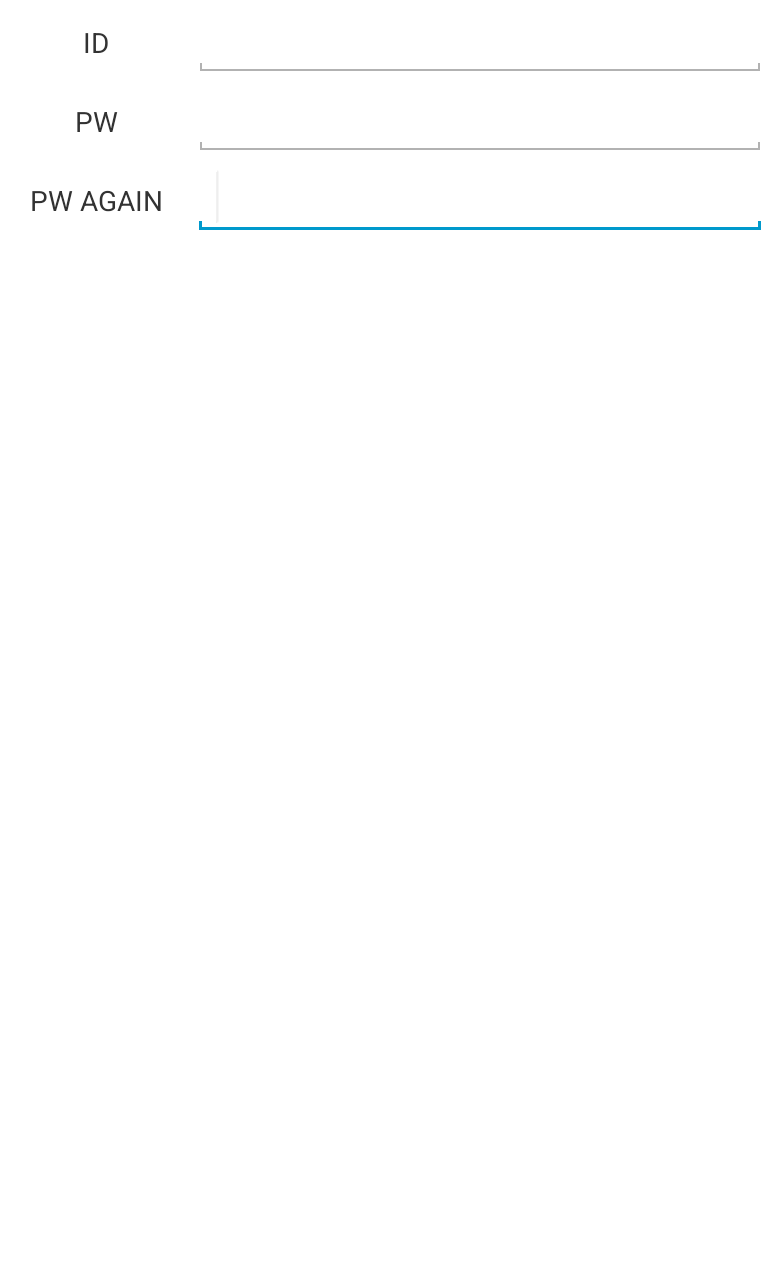
Repository: mewards/Android_Study
Layout: hw/wooil/hw4/res/layout/join.xml
The author's editor kept a copy of each file at every save. The layout is drawn from the files as they stood at one save, then again after the next save.
It is drawn on a 768 x 1280 px phone screen (xhdpi) without system bars, with theme AppTheme; the app's code is not run.

Above is the layout before, as saved 2014-03-04 05:32:45.

After the next save:
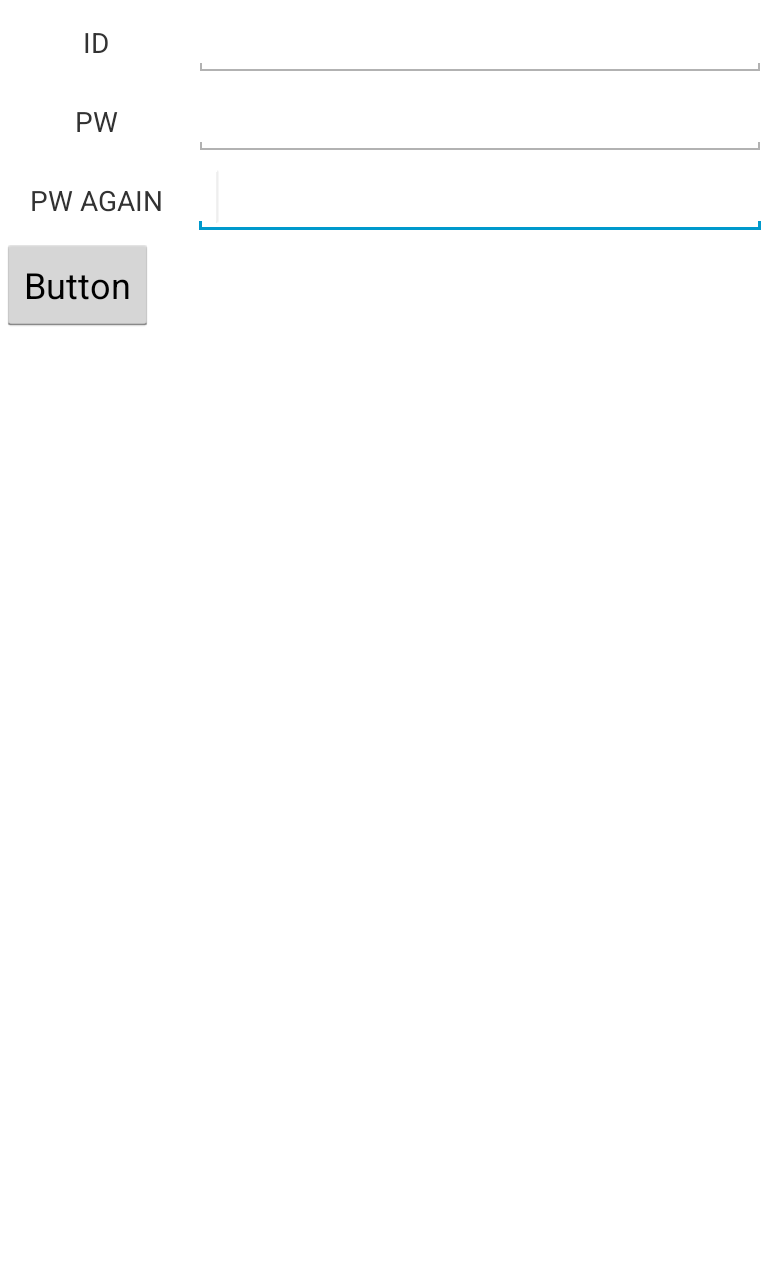
Saved 54 s later.
--- a/hw/wooil/hw4/res/layout/join.xml
+++ b/hw/wooil/hw4/res/layout/join.xml
@@ -76,4 +76,10 @@
         </EditText>
     </LinearLayout>
 
+    <Button
+        android:id="@+id/join_btn"
+        android:layout_width="wrap_content"
+        android:layout_height="wrap_content"
+        android:text="Button" />
+
 </LinearLayout>
